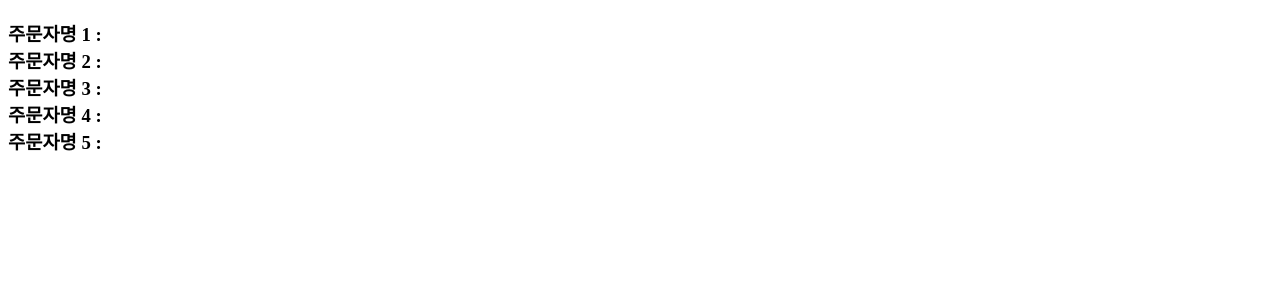
Repository: havanara/240411_JSTL_Project
Page: http://localhost/jstl_study/step-7.jsp
The author's editor kept a copy of each file at every save. The page is drawn from the files as they stood at one save, then again after the next save.
The browser window is 1280 px wide. The pictures show the whole page.
The page is served by Tomcat 9.

Above is the page before, as saved 2024-04-11 04:13:55.

After the next save:
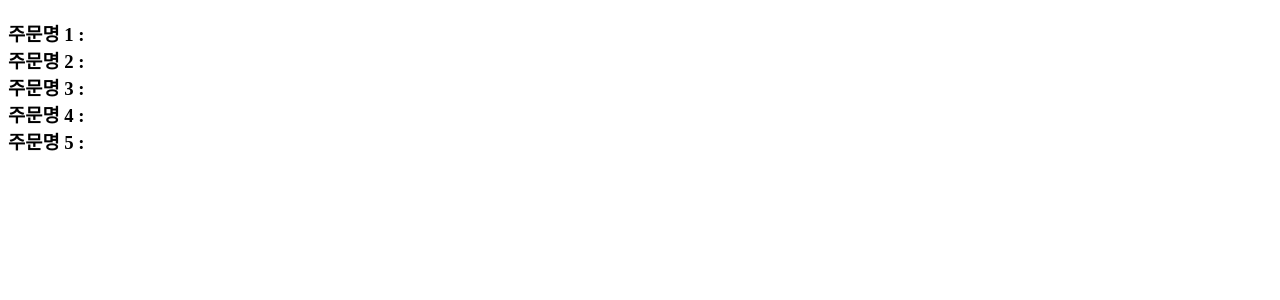
Saved 1 s later.
--- a/jstl_study/src/main/webapp/step-7.jsp
+++ b/jstl_study/src/main/webapp/step-7.jsp
@@ -8,11 +8,11 @@
 </head>
 <body>
 	<h3>
-		주문자명 1 : ${paramValues.customer[0] } <br>
-		주문자명 2 : ${paramValues.customer[1] } <br>
-		주문자명 3 : ${paramValues.customer[2] } <br>
-		주문자명 4 : ${paramValues.customer[3] } <br>
-		주문자명 5 : ${paramValues.customer[4] } <br>
+		주문명 1 : ${paramValues.customer[0] } <br>
+		주문명 2 : ${paramValues.customer[1] } <br>
+		주문명 3 : ${paramValues.customer[2] } <br>
+		주문명 4 : ${paramValues.customer[3] } <br>
+		주문명 5 : ${paramValues.customer[4] } <br>
 	</h3>
 </body>
 </html>
